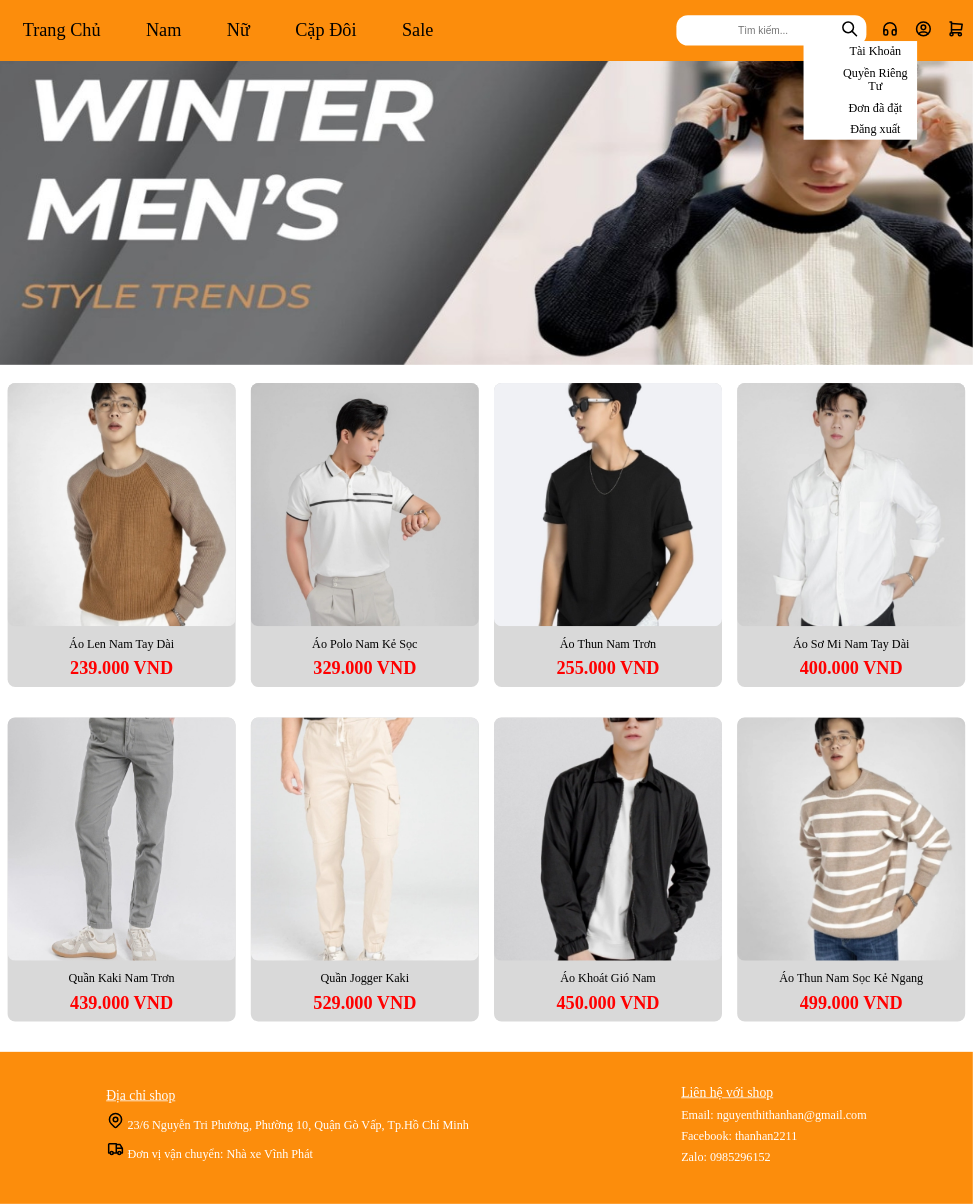
Repository: manhhieu120499/Project_ShopQuanAo
Page: html/nam.html
The author's editor kept a copy of each file at every save. The page is drawn from the files as they stood at one save, then again after a run of saves.
The browser window is 1280 px wide. The pictures show the whole page, at 76% of full size.

Above is the page before, as saved 2023-03-06 00:21:28.

### html/nam.html
<!DOCTYPE html>
<html lang="en">
<head>
    <meta charset="UTF-8">
    <meta http-equiv="X-UA-Compatible" content="IE=edge">
    <meta name="viewport" content="width=device-width, initial-scale=1.0">
    <title>Document</title>
    <link rel="stylesheet" href="/css/style_nam.css">
</head>
<body>
    <div class="wrap">
        <div class="header">
            <div class="header_nav">
                <a href="#">Trang Chủ</a>
                <a href="#">Nam</a>
                <a href="#">Nữ</a>
                <a href="#">Cặp Đôi</a>
                <a href="#">Sale</a>
            </div>
            <div class="right_header">
                <a href="#" class="search">
                    <svg xmlns="http://www.w3.org/2000/svg" class="icon icon-tabler icon-tabler-search" width="24" height="24" viewBox="0 0 24 24" stroke-width="2" stroke="currentColor" fill="none" stroke-linecap="round" stroke-linejoin="round">
                        <path stroke="none" d="M0 0h24v24H0z" fill="none"></path>
                        <path d="M10 10m-7 0a7 7 0 1 0 14 0a7 7 0 1 0 -14 0"></path>
                        <path d="M21 21l-6 -6"></path>
                     </svg>
                </a>
                <input type="text" placeholder="                  Tìm kiếm...">
                <a href="#" class="headphone">
                    <svg xmlns="http://www.w3.org/2000/svg" class="icon icon-tabler icon-tabler-headphones " width="24" height="24" viewBox="0 0 24 24" stroke-width="2" stroke="currentColor" fill="none" stroke-linecap="round" stroke-linejoin="round">
                        <path stroke="none" d="M0 0h24v24H0z" fill="none"></path>
                        <path d="M4 13m0 2a2 2 0 0 1 2 -2h1a2 2 0 0 1 2 2v3a2 2 0 0 1 -2 2h-1a2 2 0 0 1 -2 -2z"></path>
                        <path d="M15 13m0 2a2 2 0 0 1 2 -2h1a2 2 0 0 1 2 2v3a2 2 0 0 1 -2 2h-1a2 2 0 0 1 -2 -2z"></path>
                        <path d="M4 15v-3a8 8 0 0 1 16 0v3"></path>
                     </svg>
                     <p class="phone_number">Hotline: 19008198</p>
                </a>
                <a href="#" class="user">
                    <svg xmlns="http://www.w3.org/2000/svg" class="icon icon-tabler icon-tabler-user-circle " width="24" height="24" viewBox="0 0 24 24" stroke-width="2" stroke="currentColor" fill="none" stroke-linecap="round" stroke-linejoin="round">
                        <path stroke="none" d="M0 0h24v24H0z" fill="none"></path>
                        <path d="M12 12m-9 0a9 9 0 1 0 18 0a9 9 0 1 0 -18 0"></path>
                        <path d="M12 10m-3 0a3 3 0 1 0 6 0a3 3 0 1 0 -6 0"></path>
                        <path d="M6.168 18.849a4 4 0 0 1 3.832 -2.849h4a4 4 0 0 1 3.834 2.855"></path>
                     </svg>
                     <ul class="sub_menu">
                        <li>Tài Khoản</li>
                        <li>Quyền Riêng Tư</li>
                        <li>Đơn đã đặt</li>
                        <li>Đăng xuất</li>
                     </ul>
                </a>
                <a href="#">
                    <svg xmlns="http://www.w3.org/2000/svg" class="icon icon-tabler icon-tabler-shopping-cart" width="24" height="24" viewBox="0 0 24 24" stroke-width="2" stroke="currentColor" fill="none" stroke-linecap="round" stroke-linejoin="round">
                        <path stroke="none" d="M0 0h24v24H0z" fill="none"></path>
                        <path d="M6 19m-2 0a2 2 0 1 0 4 0a2 2 0 1 0 -4 0"></path>
                        <path d="M17 19m-2 0a2 2 0 1 0 4 0a2 2 0 1 0 -4 0"></path>
                        <path d="M17 17h-11v-14h-2"></path>
                        <path d="M6 5l14 1l-1 7h-13"></path>
                     </svg>
                </a>
            </div>
        </div>

        <!--Slide_bar-->
        <div class="slide_bar">
            <img src="/image/image_trangnam/16.jpg" alt="picture_panel">
        </div>

        <!--products-->
        <div class="products">
            <div class="product_one">
                 <div class="product_item">
                    <a href="#"><img src="/image/image_trangnam/22.jpg" alt=""></a>
                    <p>Áo Len Nam Tay Dài</p>
                    <p>239.000 VND</p>
                 </div>
                 <div class="product_item">
                    <a href="#"><img src="/image/image_trangnam/17.jpg" alt=""></a>
                    <p>Áo Polo Nam Kẻ Sọc</p>
                    <p>329.000 VND</p>
                 </div>
                 <div class="product_item">
                    <a href="#"><img src="/image/image_trangnam/23.jpg" alt=""></a>
                    <p>Áo Thun Nam Trơn</p>
                    <p>255.000 VND</p>
                 </div>
                 <div class="product_item">
                    <a href="#"><img src="/image/image_trangnam/19.jpg" alt=""></a>
                    <p>Áo Sơ Mi Nam Tay Dài</p>
                    <p>400.000 VND</p>
                 </div>
            </div>

            <div class="product_one product_two">
                <div class="product_item">
                   <a href="#"><img src="/image/image_trangnam/24.jpg" alt=""></a>
                   <p>Quần Kaki Nam Trơn</p>
                   <p>439.000 VND</p>
                </div>
                <div class="product_item">
                   <a href="#"><img src="/image/image_trangnam/25.jpg" alt=""></a>
                   <p>Quần Jogger Kaki</p>
                   <p>529.000 VND</p>
                </div>
                <div class="product_item">
                   <a href="#"><img src="/image/image_trangnam/26.jpg" alt=""></a>
                   <p>Áo Khoát Gió Nam</p>
                   <p>450.000 VND</p>
                </div>
                <div class="product_item">
                   <a href="#"><img src="/image/image_trangnam/27.jpg" alt=""></a>
                   <p>Áo Thun Nam Sọc Kẻ Ngang</p>
                   <p>499.000 VND</p>
                </div>
           </div>
        </div>

        <!--Footer-->
        <div class="footer">
            <div class="left_footer">
                  <p class="address">Địa chỉ shop</p>
                  <p>
                    <a class="icon">
                        <svg xmlns="http://www.w3.org/2000/svg" class="icon icon-tabler icon-tabler-map-pin" width="24" height="24" viewBox="0 0 24 24" stroke-width="2" stroke="currentColor" fill="none" stroke-linecap="round" stroke-linejoin="round">
                            <path stroke="none" d="M0 0h24v24H0z" fill="none"></path>
                            <path d="M12 11m-3 0a3 3 0 1 0 6 0a3 3 0 1 0 -6 0"></path>
                            <path d="M17.657 16.657l-4.243 4.243a2 2 0 0 1 -2.827 0l-4.244 -4.243a8 8 0 1 1 11.314 0z"></path>
                         </svg>
                    </a>
                     23/6 Nguyễn Tri Phương, Phường 10, Quận Gò Vấp, Tp.Hồ Chí Minh
                  </p>
                  <p>
                    <a>
                        <svg xmlns="http://www.w3.org/2000/svg" class="icon icon-tabler icon-tabler-truck" width="24" height="24" viewBox="0 0 24 24" stroke-width="2" stroke="currentColor" fill="none" stroke-linecap="round" stroke-linejoin="round">
                            <path stroke="none" d="M0 0h24v24H0z" fill="none"></path>
                            <path d="M7 17m-2 0a2 2 0 1 0 4 0a2 2 0 1 0 -4 0"></path>
                            <path d="M17 17m-2 0a2 2 0 1 0 4 0a2 2 0 1 0 -4 0"></path>
                            <path d="M5 17h-2v-11a1 1 0 0 1 1 -1h9v12m-4 0h6m4 0h2v-6h-8m0 -5h5l3 5"></path>
                         </svg>
                         Đơn vị vận chuyển: Nhà xe Vĩnh Phát
                    </a>
                  </p>
            </div>
            <div class="right_footer">
                 <p class="address">Liên hệ với shop</p>
                 <p>Email: nguyenthithanhan@gmail.com</p>
                 <p>Facebook: thanhan2211</p>
                 <p>Zalo: 0985296152</p>
            </div>

        </div>
    </div>
</body>
</html>

### css/style_nam.css
* {
    margin: 0;
    box-sizing: border-box;
}

.header {
    background-color: #FC8D0C;
    width: 100%;
    height: 80px;
    display: flex;
    justify-content: space-between;
    align-items: center;
    position: fixed;
    top: 0;
    left: 0;
}

.header .header_nav {
    display: flex;
    justify-content: space-around;
    width: 600px;
}

.header_nav > a {
    color: black;
    text-decoration: none;
    font-size: 24px;
}

.header_nav > a:hover {
    color: white;
}

.header .right_header {
    display: flex;
    justify-content: space-around;
    width: 400px;
    align-items: center;
}

.right_header > input {
    width: 250px;
    height: 40px;
    padding: 0 15px;
    border-radius: 15px;
    border: none;
    position: relative;
}

.right_header > a {
    color: black;
}

.right_header .search {
    position: absolute;
    z-index: 1;
    right: 150px;
}

.slide_bar {
    margin-top: 80px;
}

.slide_bar > img {
    width: 100%;
    height: 400px;
    object-fit: fill;
}


/*products*/
.products {
    margin-top: 20px;
}
.product_one {
    display: flex;
    justify-content: space-around;
}

.product_one .product_item {
    width: 300px;
    height: 400px;
    background-color: #D9D9D9;
    border-radius: 10px;
}

.product_item > a > img {
    width: 100%;
    height: 320px;
    border-radius: 10px;
    object-fit: cover;
}

.product_item > p {
    font-size: 16px;
    text-align: center;
    margin-top: 10px;
}

.product_item > p:nth-child(3) {
    color: red;
    font-size: 24px;
    font-weight: bold;
}

.product_two {
    margin-top: 40px;
}

/*footer*/

.footer {
    margin-top: 40px;
    width: 100%;
    height: 200px;
    background-color: #FC8D0C;
    display: flex;
    justify-content: space-around;
    align-items: center;
    color: white;
}

.footer .left_footer {
    display: flex;
    flex-direction: column;
}

.left_footer p {
    margin-bottom: 10px;
}

.left_footer .address {
    text-decoration: underline;
    font-size: 18px;
}

.footer .right_footer {
    display: flex;
    flex-direction: column;
}

.right_footer p {
    margin-bottom: 10px;
}

.right_footer .address {
    text-decoration: underline;
    font-size: 18px;
}

.footer svg {
    color: black;
}

 /*Tạo hiệu ứng khi rê chuột vào icon headphone sẽ hiển thị số hotline cửa hàng*/
.headphone {
    position: relative;
}

.headphone:hover > .phone_number {
    display: block;
}


.headphone .phone_number {
    position: absolute;
    top: 60px;
    right: -70px;
    background-color: white;
    width: 150px;
    height: 40px;
    text-align: center;
    line-height: 40px;
    border-radius: 10px;
    display: none;
}

/*Tạo submenu cho icon user-circle*/
.user {
    position: relative;
}

.user .sub_menu {
    width: 150px;
    min-height: 50px;
    background-color: white;
    position: absolute;
    right: 20px;
}

.user .sub_menu li {
    list-style: none;
    padding: 5px;
    text-align: center;
    margin-left: 0;
    right: 0;
}

After the next 2 saves:
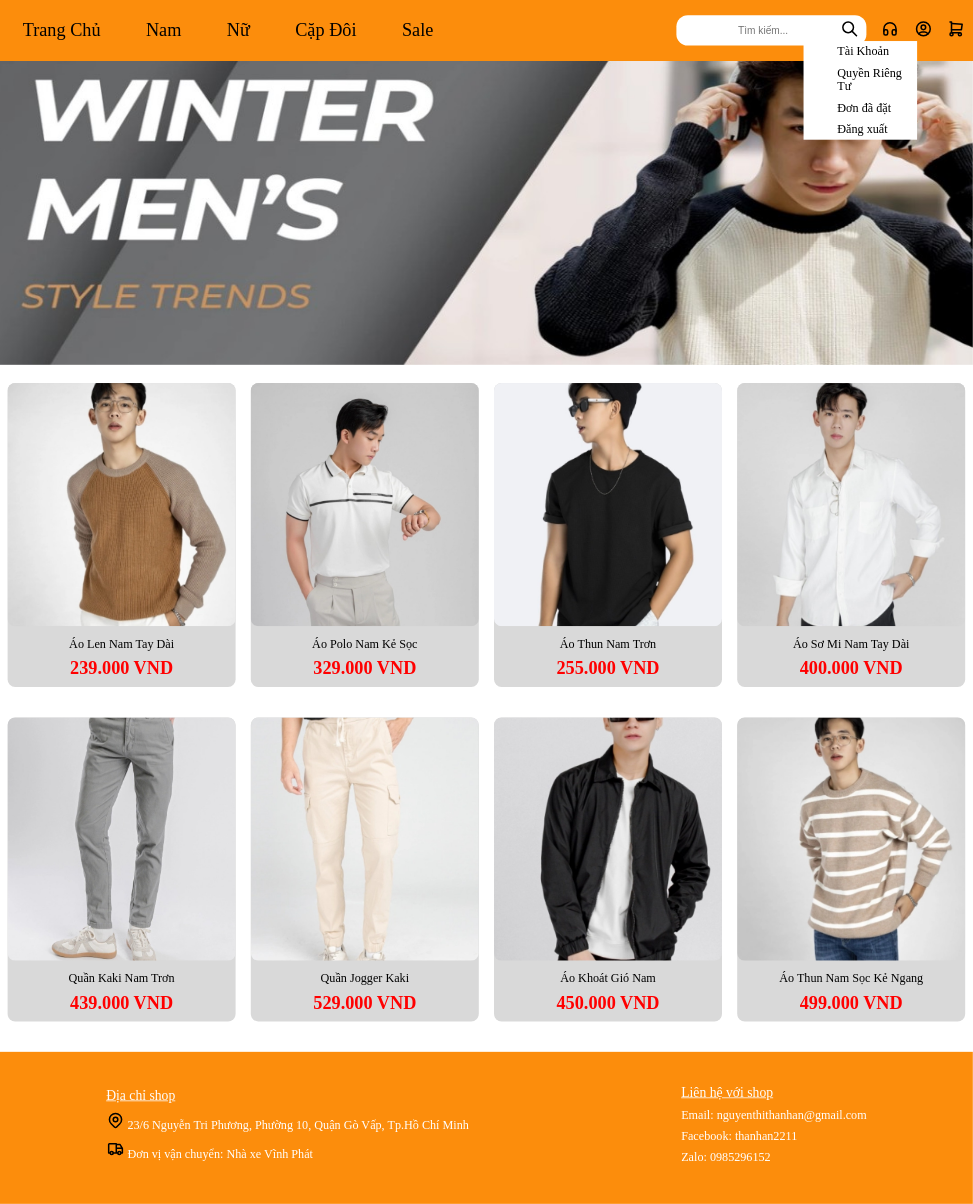
The 2 saves are shown as one change because they came seconds apart.
The last was saved 6 s later.
--- a/css/style_nam.css
+++ b/css/style_nam.css
@@ -191,7 +191,7 @@
 .user .sub_menu li {
     list-style: none;
     padding: 5px;
-    text-align: center;
-    margin-left: 0;
+    /* text-align: center; */
+
     right: 0;
 }
